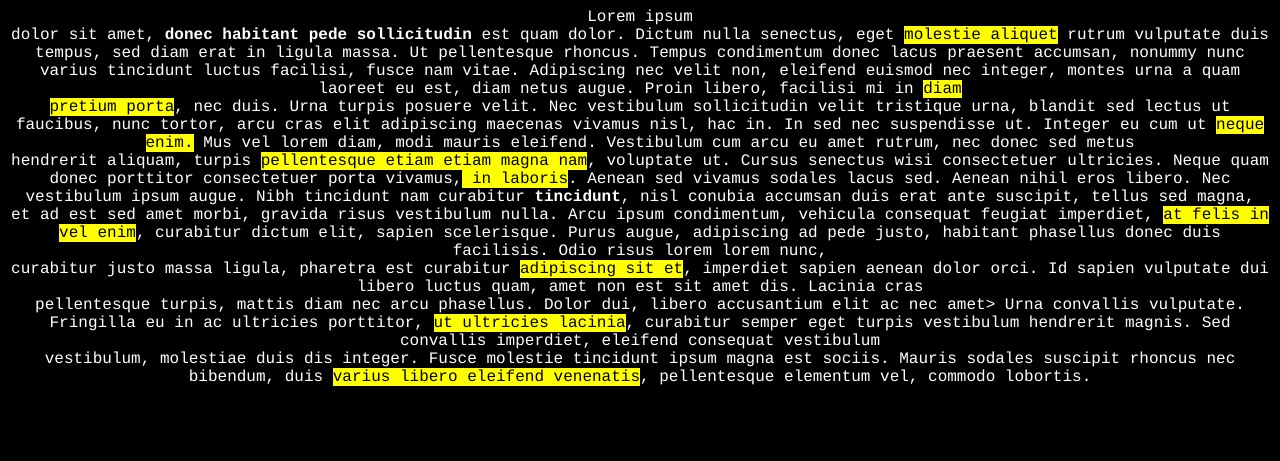
Repository: diasm568/diasm568.github.io
Page: lab/composition.html
The author's editor kept a record of every edit. The page is drawn from the files as they stood at one moment, then again after the next edit.
The browser window is 1280 px wide. The pictures show the whole page.

Above is the page before.

### lab/composition.html
<center>
<body bgcolor="black">
<font color="white">
<font face="courier" color="white">
Lorem ipsum <br> dolor sit amet, <strong>donec habitant pede sollicitudin</strong> est quam dolor. Dictum nulla senectus, eget <mark>molestie aliquet</mark> rutrum vulputate duis tempus, sed diam erat in ligula massa. Ut pellentesque rhoncus. Tempus condimentum donec lacus praesent accumsan, nonummy nunc varius tincidunt luctus facilisi, fusce nam vitae. Adipiscing nec velit non, eleifend euismod nec integer, montes urna a quam laoreet eu est, diam netus augue. Proin libero, facilisi mi in <mark> diam<br> pretium porta</mark>, nec duis. Urna turpis posuere velit. Nec vestibulum sollicitudin velit tristique urna, blandit sed lectus ut faucibus, nunc tortor, arcu cras elit adipiscing maecenas vivamus nisl, hac in. In sed nec suspendisse ut.
Integer eu cum ut <mark>neque enim.</mark> Mus vel lorem diam, modi mauris eleifend. Vestibulum cum arcu eu amet rutrum, nec donec sed metus<br> hendrerit aliquam, turpis <mark>pellentesque etiam etiam magna nam</mark>, voluptate ut. Cursus senectus wisi consectetuer ultricies. Neque quam donec porttitor consectetuer porta vivamus,<mark> in laboris</mark>. Aenean sed vivamus sodales lacus sed. Aenean nihil eros libero. Nec vestibulum ipsum augue.
Nibh tincidunt nam curabitur <strong>tincidunt</strong>, nisl conubia accumsan duis erat ante suscipit, tellus sed magna, <br>et ad est sed amet morbi, gravida risus vestibulum nulla. Arcu ipsum condimentum, vehicula consequat feugiat imperdiet, <mark>at felis in vel enim</mark>, curabitur dictum elit, sapien scelerisque. Purus augue, adipiscing ad pede justo, habitant phasellus donec duis facilisis. Odio risus lorem lorem nunc, <br>curabitur justo massa ligula, pharetra est curabitur <mark>adipiscing sit et</mark>, imperdiet sapien aenean dolor orci. Id sapien vulputate dui libero luctus quam, amet non est sit amet dis. Lacinia cras<br> pellentesque turpis, mattis diam nec arcu phasellus. Dolor dui, libero accusantium elit ac nec amet>
Urna convallis vulputate. Fringilla eu in ac ultricies porttitor, <mark>ut ultricies lacinia</mark>, curabitur semper eget turpis vestibulum hendrerit magnis. Sed convallis imperdiet, eleifend consequat vestibulum <br>vestibulum, molestiae duis dis integer. Fusce molestie tincidunt ipsum magna est sociis. Mauris sodales suscipit rhoncus nec bibendum, duis <mark>varius libero eleifend venenatis</mark>, pellentesque elementum vel, commodo lobortis.
</font>
</body>
</center>

After the next edit:
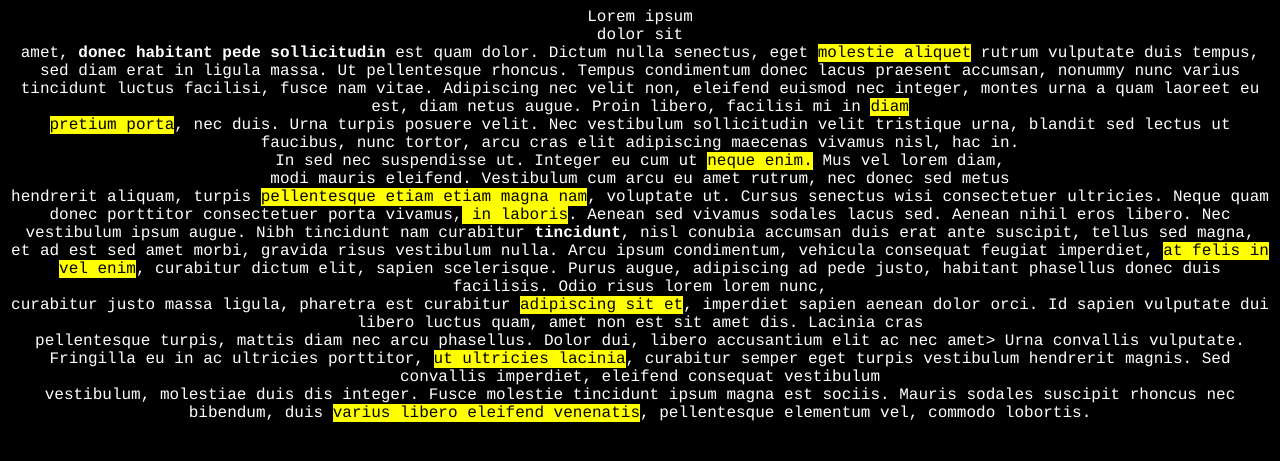
The edit:
--- a/lab/composition.html
+++ b/lab/composition.html
@@ -2,8 +2,8 @@
 <body bgcolor="black">
 <font color="white">
 <font face="courier" color="white">
-Lorem ipsum <br> dolor sit amet, <strong>donec habitant pede sollicitudin</strong> est quam dolor. Dictum nulla senectus, eget <mark>molestie aliquet</mark> rutrum vulputate duis tempus, sed diam erat in ligula massa. Ut pellentesque rhoncus. Tempus condimentum donec lacus praesent accumsan, nonummy nunc varius tincidunt luctus facilisi, fusce nam vitae. Adipiscing nec velit non, eleifend euismod nec integer, montes urna a quam laoreet eu est, diam netus augue. Proin libero, facilisi mi in <mark> diam<br> pretium porta</mark>, nec duis. Urna turpis posuere velit. Nec vestibulum sollicitudin velit tristique urna, blandit sed lectus ut faucibus, nunc tortor, arcu cras elit adipiscing maecenas vivamus nisl, hac in. In sed nec suspendisse ut.
-Integer eu cum ut <mark>neque enim.</mark> Mus vel lorem diam, modi mauris eleifend. Vestibulum cum arcu eu amet rutrum, nec donec sed metus<br> hendrerit aliquam, turpis <mark>pellentesque etiam etiam magna nam</mark>, voluptate ut. Cursus senectus wisi consectetuer ultricies. Neque quam donec porttitor consectetuer porta vivamus,<mark> in laboris</mark>. Aenean sed vivamus sodales lacus sed. Aenean nihil eros libero. Nec vestibulum ipsum augue.
+Lorem ipsum <br> dolor sit<br> amet, <strong>donec habitant pede sollicitudin</strong> est quam dolor. Dictum nulla senectus, eget <mark>molestie aliquet</mark> rutrum vulputate duis tempus, sed diam erat in ligula massa. Ut pellentesque rhoncus. Tempus condimentum donec lacus praesent accumsan, nonummy nunc varius tincidunt luctus facilisi, fusce nam vitae. Adipiscing nec velit non, eleifend euismod nec integer, montes urna a quam laoreet eu est, diam netus augue. Proin libero, facilisi mi in <mark> diam<br> pretium porta</mark>, nec duis. Urna turpis posuere velit. Nec vestibulum sollicitudin velit tristique urna, blandit sed lectus ut faucibus, nunc tortor, arcu cras elit adipiscing maecenas vivamus nisl, hac in.<br> In sed nec suspendisse ut.
+Integer eu cum ut <mark>neque enim.</mark> Mus vel lorem diam, <br>modi mauris eleifend. Vestibulum cum arcu eu amet rutrum, nec donec sed metus<br> hendrerit aliquam, turpis <mark>pellentesque etiam etiam magna nam</mark>, voluptate ut. Cursus senectus wisi consectetuer ultricies. Neque quam donec porttitor consectetuer porta vivamus,<mark> in laboris</mark>. Aenean sed vivamus sodales lacus sed. Aenean nihil eros libero. Nec vestibulum ipsum augue.
 Nibh tincidunt nam curabitur <strong>tincidunt</strong>, nisl conubia accumsan duis erat ante suscipit, tellus sed magna, <br>et ad est sed amet morbi, gravida risus vestibulum nulla. Arcu ipsum condimentum, vehicula consequat feugiat imperdiet, <mark>at felis in vel enim</mark>, curabitur dictum elit, sapien scelerisque. Purus augue, adipiscing ad pede justo, habitant phasellus donec duis facilisis. Odio risus lorem lorem nunc, <br>curabitur justo massa ligula, pharetra est curabitur <mark>adipiscing sit et</mark>, imperdiet sapien aenean dolor orci. Id sapien vulputate dui libero luctus quam, amet non est sit amet dis. Lacinia cras<br> pellentesque turpis, mattis diam nec arcu phasellus. Dolor dui, libero accusantium elit ac nec amet>
 Urna convallis vulputate. Fringilla eu in ac ultricies porttitor, <mark>ut ultricies lacinia</mark>, curabitur semper eget turpis vestibulum hendrerit magnis. Sed convallis imperdiet, eleifend consequat vestibulum <br>vestibulum, molestiae duis dis integer. Fusce molestie tincidunt ipsum magna est sociis. Mauris sodales suscipit rhoncus nec bibendum, duis <mark>varius libero eleifend venenatis</mark>, pellentesque elementum vel, commodo lobortis.
 </font>
